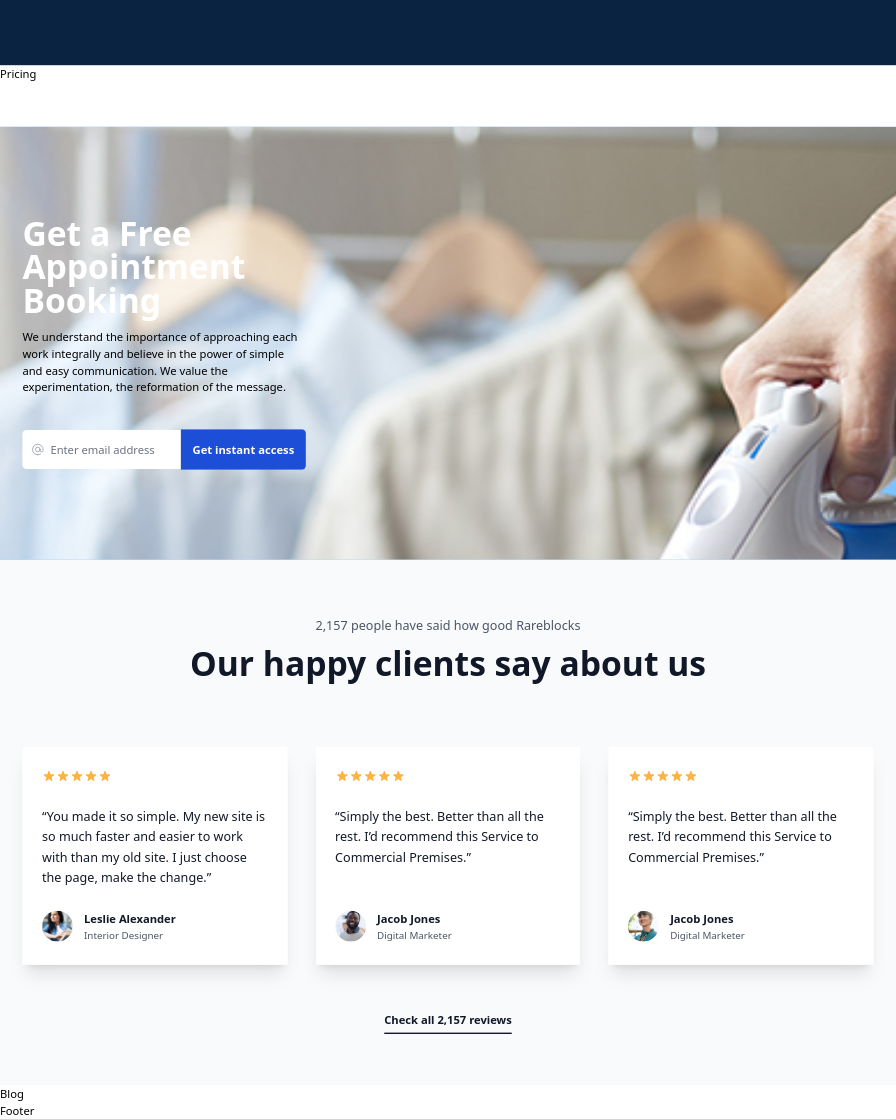
Repository: remydev47/cleonara
Page: /
These files come from the project's save history. The page is drawn as it stood at one moment and after the next save; the edit follows.
The browser window is 1280 px wide. The pictures show the part of the page from y = 4233 to 6153 px (the page is 5831 px tall before and 6153 px after), at 70% of full size.
The project was rebuilt for these pictures with package versions that can differ from the ones it lists, and the page was loaded fresh each time. The framework's server and built-in components were replaced by stand-ins that run in the browser. Also part of the build but not shown: next.config.js.

Above is the page before, as saved 2022-11-01 13:46:50.

After the next save:
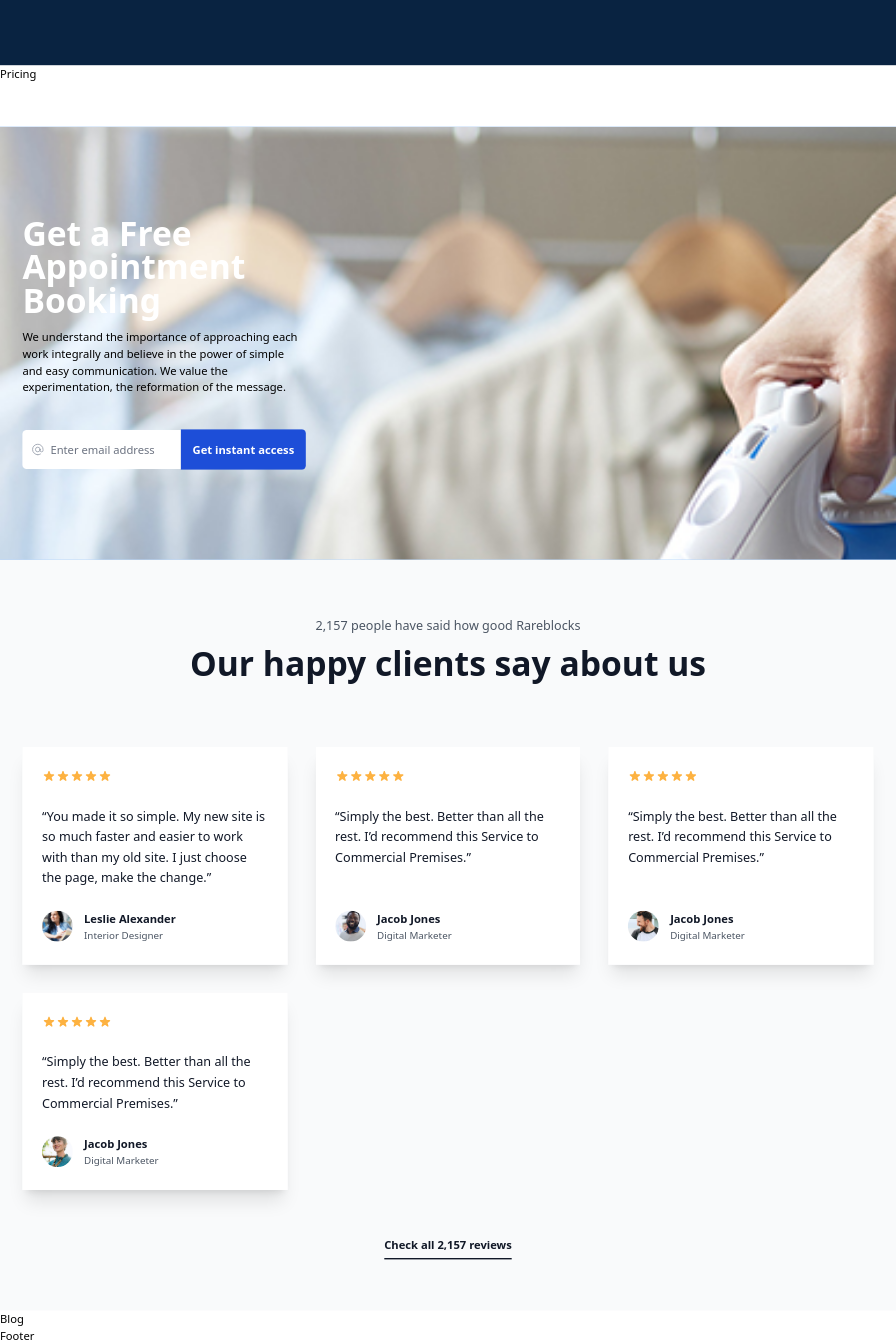
Saved 56 s later.
--- a/components/Testimonials.tsx
+++ b/components/Testimonials.tsx
@@ -112,6 +112,54 @@ const Testimonials = () => {
                             </div>
                         </div>
                     </div>
+
+                    <div className="flex flex-col overflow-hidden shadow-xl">
+                        <div className="flex flex-col justify-between flex-1 p-6 bg-white lg:py-8 lg:px-7">
+                            <div className="flex-1">
+                                <div className="flex items-center">
+                                    <svg className="w-5 h-5 text-[#FDB241]" xmlns="http://www.w3.org/2000/svg" viewBox="0 0 20 20" fill="currentColor">
+                                        <path
+                                            d="M9.049 2.927c.3-.921 1.603-.921 1.902 0l1.07 3.292a1 1 0 00.95.69h3.462c.969 0 1.371 1.24.588 1.81l-2.8 2.034a1 1 0 00-.364 1.118l1.07 3.292c.3.921-.755 1.688-1.54 1.118l-2.8-2.034a1 1 0 00-1.175 0l-2.8 2.034c-.784.57-1.838-.197-1.539-1.118l1.07-3.292a1 1 0 00-.364-1.118L2.98 8.72c-.783-.57-.38-1.81.588-1.81h3.461a1 1 0 00.951-.69l1.07-3.292z"
+                                        />
+                                    </svg>
+                                    <svg className="w-5 h-5 text-[#FDB241]" xmlns="http://www.w3.org/2000/svg" viewBox="0 0 20 20" fill="currentColor">
+                                        <path
+                                            d="M9.049 2.927c.3-.921 1.603-.921 1.902 0l1.07 3.292a1 1 0 00.95.69h3.462c.969 0 1.371 1.24.588 1.81l-2.8 2.034a1 1 0 00-.364 1.118l1.07 3.292c.3.921-.755 1.688-1.54 1.118l-2.8-2.034a1 1 0 00-1.175 0l-2.8 2.034c-.784.57-1.838-.197-1.539-1.118l1.07-3.292a1 1 0 00-.364-1.118L2.98 8.72c-.783-.57-.38-1.81.588-1.81h3.461a1 1 0 00.951-.69l1.07-3.292z"
+                                        />
+                                    </svg>
+                                    <svg className="w-5 h-5 text-[#FDB241]" xmlns="http://www.w3.org/2000/svg" viewBox="0 0 20 20" fill="currentColor">
+                                        <path
+                                            d="M9.049 2.927c.3-.921 1.603-.921 1.902 0l1.07 3.292a1 1 0 00.95.69h3.462c.969 0 1.371 1.24.588 1.81l-2.8 2.034a1 1 0 00-.364 1.118l1.07 3.292c.3.921-.755 1.688-1.54 1.118l-2.8-2.034a1 1 0 00-1.175 0l-2.8 2.034c-.784.57-1.838-.197-1.539-1.118l1.07-3.292a1 1 0 00-.364-1.118L2.98 8.72c-.783-.57-.38-1.81.588-1.81h3.461a1 1 0 00.951-.69l1.07-3.292z"
+                                        />
+                                    </svg>
+                                    <svg className="w-5 h-5 text-[#FDB241]" xmlns="http://www.w3.org/2000/svg" viewBox="0 0 20 20" fill="currentColor">
+                                        <path
+                                            d="M9.049 2.927c.3-.921 1.603-.921 1.902 0l1.07 3.292a1 1 0 00.95.69h3.462c.969 0 1.371 1.24.588 1.81l-2.8 2.034a1 1 0 00-.364 1.118l1.07 3.292c.3.921-.755 1.688-1.54 1.118l-2.8-2.034a1 1 0 00-1.175 0l-2.8 2.034c-.784.57-1.838-.197-1.539-1.118l1.07-3.292a1 1 0 00-.364-1.118L2.98 8.72c-.783-.57-.38-1.81.588-1.81h3.461a1 1 0 00.951-.69l1.07-3.292z"
+                                        />
+                                    </svg>
+                                    <svg className="w-5 h-5 text-[#FDB241]" xmlns="http://www.w3.org/2000/svg" viewBox="0 0 20 20" fill="currentColor">
+                                        <path
+                                            d="M9.049 2.927c.3-.921 1.603-.921 1.902 0l1.07 3.292a1 1 0 00.95.69h3.462c.969 0 1.371 1.24.588 1.81l-2.8 2.034a1 1 0 00-.364 1.118l1.07 3.292c.3.921-.755 1.688-1.54 1.118l-2.8-2.034a1 1 0 00-1.175 0l-2.8 2.034c-.784.57-1.838-.197-1.539-1.118l1.07-3.292a1 1 0 00-.364-1.118L2.98 8.72c-.783-.57-.38-1.81.588-1.81h3.461a1 1 0 00.951-.69l1.07-3.292z"
+                                        />
+                                    </svg>
+                                </div>
+
+                                <h1 className="flex-1 mt-8">
+                                    <p className="text-lg leading-relaxed text-gray-900 font-pj">“Simply the best. Better than all the rest. I’d recommend this Service to Commercial Premises.”</p>
+                                </h1>
+                            </div>
+
+                            <div className="flex items-center mt-8">
+                                <img className="flex-shrink-0 object-cover rounded-full w-11 h-11" src="/images/test4.jpg" alt="" />
+                                <div className="ml-4">
+                                    <p className="text-base font-bold text-gray-900 font-pj">Jacob Jones</p>
+                                    <p className="mt-0.5 text-sm font-pj text-gray-600">Digital Marketer</p>
+                                </div>
+                            </div>
+                        </div>
+                    </div>
+
+
                     <div className="flex flex-col overflow-hidden shadow-xl">
                         <div className="flex flex-col justify-between flex-1 p-6 bg-white lg:py-8 lg:px-7">
                             <div className="flex-1">
